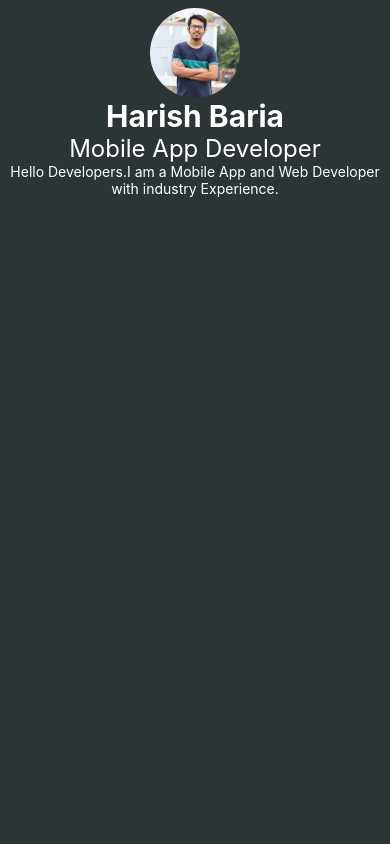
Repository: harishbariya/React-Native-ui-desiign
Screen: /
These files come from the project's save history. The screen is drawn as it stood at one moment and after the next save; the edit follows.
The app was drawn by React Native's web renderer in a window 390 px wide. The project was rebuilt for these pictures with package versions that can differ from the ones it lists, and the page was loaded fresh each time.

Above is the screen before, as saved 2021-11-17 14:19:29.

After the next save:
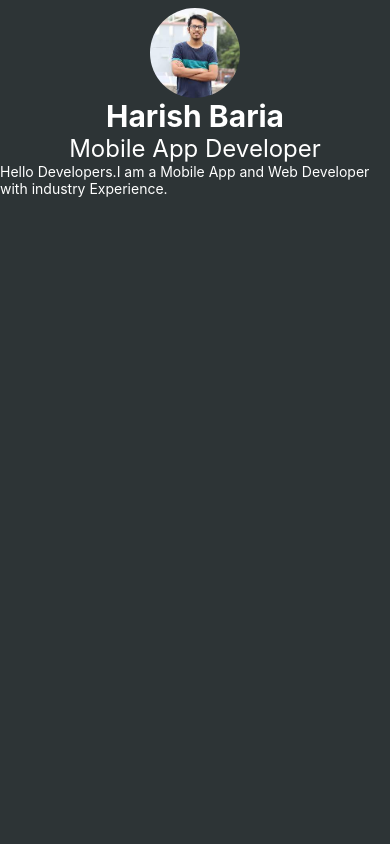
Saved 11 s later.
--- a/App.js
+++ b/App.js
@@ -12,7 +12,7 @@ class App extends Component
       ,width:90,height:90}}/>
         <Text style={[styles.textstyles,{color:"#fff",fontSize:30,fontWeight:"bold"}]}>Harish Baria</Text>
         <Text style={[styles.textstyles,{fontSize:24}]}>Mobile App Developer</Text>
-      <Text style={styles.textstyles}>Hello Developers.I am a Mobile App and Web Developer with industry Experience.</Text>
+      <Text style={{color:"#fff"}}>Hello Developers.I am a Mobile App and Web Developer with industry Experience.</Text>
       </View>
     );
   }
